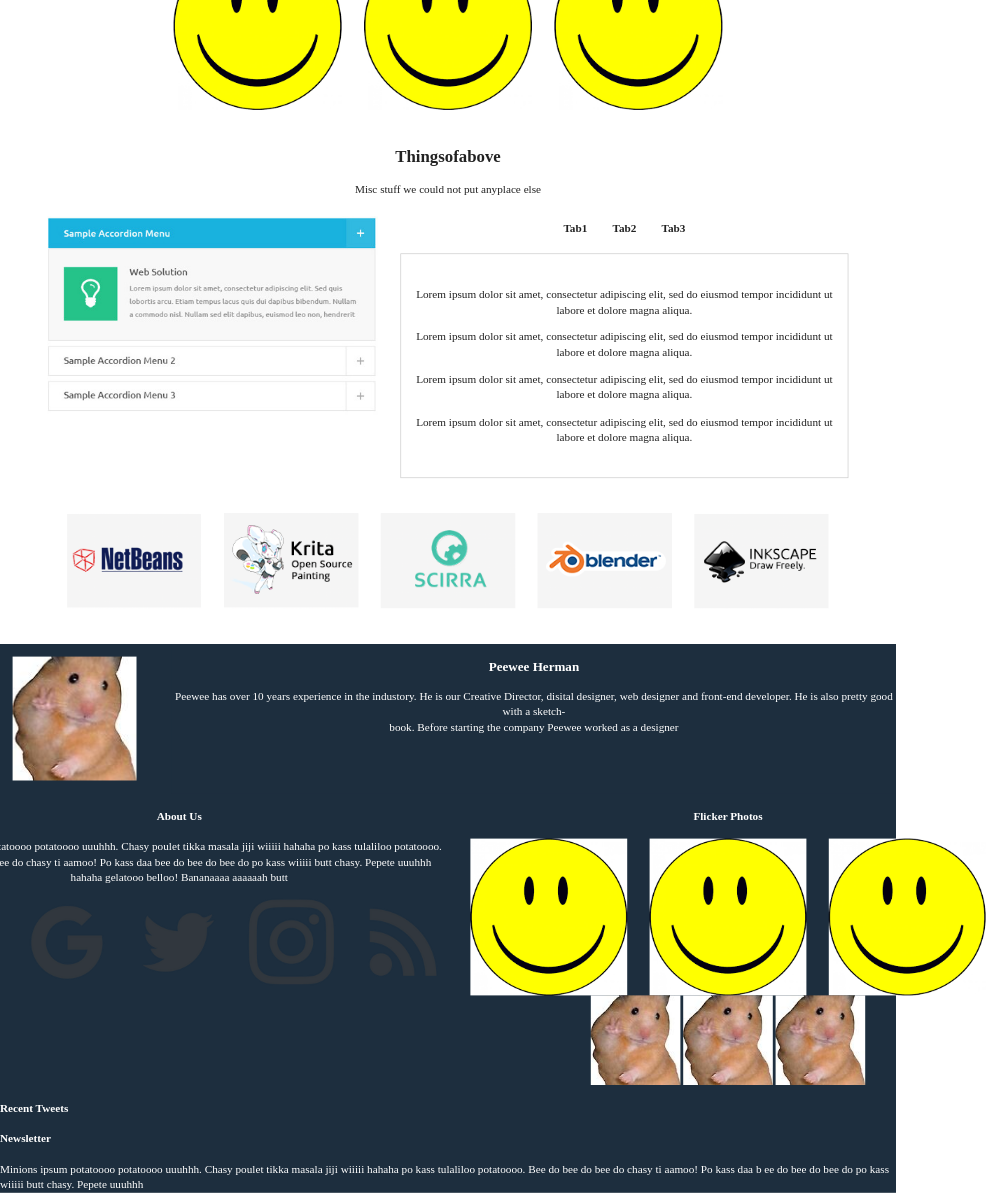
Repository: KanaKimishima/project1-responsive
Page: index.html
An editor plug-in stored every save of this project. The page is shown before and after a run of saves, followed by the edit.
The browser window is 1280 px wide. The page is 1408 px wide, then 1280 px, so the pictures cover 1408 px, including what lies to the right of the window. The pictures show the part of the page from y = 2050 to 3770 px (the page is 3770 px tall), at 70% of full size.

Above is the page before, as saved 2023-02-06 22:36:56.

### index.html
<!doctype html>
<html class="no-js" lang="">

<head>
  <meta charset="utf-8">
  <title></title>
  <meta name="description" content="">
  <meta name="viewport" content="width=device-width, initial-scale=1">

  <meta property="og:title" content="">
  <meta property="og:type" content="">
  <meta property="og:url" content="">
  <meta property="og:image" content="">

  <link rel="manifest" href="site.webmanifest">
  <link rel="apple-touch-icon" href="icon.png">
  <!-- Place favicon.ico in the root directory -->

  <link rel="stylesheet" href="css/normalize.css">
  <link rel="stylesheet" href="css/main.css">
</head>

<body class="page page-home">
    <header class="page__header">
        <img src="img/logo.png" alt="" class="logo">
        <a href="/">
            <div class="navTab homeTab">
                <img src="img/Home.png" class="navBarIcons">
                <h5>Home</h5>
            </div>
        </a>
        <a href="/">
            <div class="navTab pagesTab">
                <img src="img/pages.png" class="navBarIcons">
                <h5> Pages</h5>
            </div>
        </a>
        <a href="/">
            <div class="navTab blogTab">
                <img src="img/blog.png" class="navBarIcons">
                <h5>Blog</h5>
            </div>
        </a>
        <a href="/">
            <div class="navTab portfolioTab">
                <img src="img/profolio.png" class="navBarIcons">
                <h5>Portfolio</h5>
            </div>
        </a>
        <a href="/">
            <div class="navTab home2Tab">
                <img src="img/home2.png" class="navBarIcons">
                <h5>Home2</h5>
            </div>
        </a>
    </header> <!-- page__header ends here-->

    <div class="page_slide_column">
        <div class="row">
            <img class="minion" src="img/minion.jpg" alt>
        </div>
    </div> <!-- page_slide_column ends here-->


    <div class="page__intro">
        <div class="row">
            <h1 class="heading">Hey guys! This is the <span class="text-color">Metrolics</span> theme. <br>It sports a responsive layout with a mobile layout.</h1>
        </div>
    </div> <!-- page__intro ends here-->

    <section class="about">
        <div class="row">
            <div class="column">
                <h2 class="heading">Things That We Do</h2>
                <p class="text">ask us what we can do for you.</p>
            </div>
        </div>
        <div class="row">
            <div class="column">
                <img src="img/solutions.png" class="things">
                <h3 class="heading">Web Solutions</h3>
                <p class="text">We are a fairly small, flexible design studio that designs for print and web. We work flexibly with clients to fulfil their design needs. Whether you need to create a brand from scratch, including marketing materials and a beautiful and functional website or whether you are looking for a design refresh we are confident you will be pleased with the results.</p>
            </div>
            <div class="column">
                <img src="img/photo.png"  class="things">
                <h3 class="heading">Photography</h3>
                <p class="text">We are a fairly small, flexible design studio that designs for print and web. We work flexibly with clients to fulfil their design needs. Whether you need to create a brand from scratch, including marketing materials and a beautiful and functional website or whether you are looking for a design refresh we are confident you will be pleased with the results.</p>
            </div>
            <div class="column">
                <img src="img/web development.png" class="things">
                <h3 class="heading">Web Development</h3>
                <p class="text">We are a fairly small, flexible design studio that designs for print and web. We work flexibly with clients to fulfil their design needs. Whether you need to create a brand from scratch, including marketing materials and a beautiful and functional website or whether you are looking for a design refresh we are confident you will be pleased with the results.</p>
            </div>
            <div class="column">
                <img src="img/design.png" class="things">
                <h3 class="heading">Web Design</h3>
                <p class="text">We are a fairly small, flexible design studio that designs for print and web. We work flexibly with clients to fulfil their design needs. Whether you need to create a brand from scratch, including marketing materials and a beautiful and functional website or whether you are looking for a design refresh we are confident you will be pleased with the results.</p>
            </div>
        </div>
    </section> <!-- about ends here-->


    <section class="projects--new">
        <div class="row">
            <div class="secondHeader">
                <h2 class="heading">What's up Lately?</h2>
                <p class="text">Read up on our latest work</p>
            </div>
        </div>
        <div class="row">
            <div class="column">
                <img src="img/Happy.png" class="happy" alt="">

            </div>
            <div class="column">
                <img src="img/Happy.png" class="happy" alt="">
            </div>
            <div class="column">
                <img src="img/Happy.png" class="happy" alt="">
            </div>
        </div>
    </section> <!-- projects--new ends here-->

    <section class="projects">
        <div class="row">
            <div class="heading">
                <h2 class="heading">Our Latest Projects</h2>
                <p class="text">Client happy? We are happy.</p>
            </div>
        </div>
        <div class="row happyimages">
            <div class="column">
                <img src="img/Happy.png" class="happy" alt="">
            </div>
            <div class="column">
                <img src="img/Happy.png" class="happy" alt="">
            </div>
            <div class="column">
                <img src="img/Happy.png" class="happy" alt="">
            </div>
        </div>
        <div class="row happyimages">
            <div class="column">
                <img src="img/Happy.png" class="happy" alt="">
            </div>
            <div class="column">
                <img src="img/Happy.png" class="happy" alt="">
            </div>
            <div class="column">
                <img src="img/Happy.png" class="happy" alt="">
            </div>
        </div>
    </section> <!-- projects ends here-->

    <section class="thingsofabove">
        <div class="row">
            <div class="heading">
                <h2 class="heading">Thingsofabove</h2>
                <p class="text">Misc stuff we could not put anyplace else</p>
            </div>
        </div>
        <div class="row">
            <div class="column">
                <div class="sampleaccordion">
                    <img src="img/accordion.png" alt="">
                </div>
            </div>
            <div class="column">
                <div class="tabset">
                    <!-- Tab 1 -->
                    <input type="radio" name="tabset" id="tab1" aria-controls="marzen" checked>
                    <label for="tab1">Tab1</label>
                    <!-- Tab 2 -->
                    <input type="radio" name="tabset" id="tab2" aria-controls="rauchbier">
                    <label for="tab2">Tab2</label>
                    <!-- Tab 3 -->
                    <input type="radio" name="tabset" id="tab3" aria-controls="dunkles">
                    <label for="tab3">Tab3</label>

                    <div class="tab-panels">
                        <section id="marzen" class="tab-panel">
                            <p>Lorem ipsum dolor sit amet, consectetur adipiscing elit, sed do eiusmod tempor incididunt ut labore et dolore magna aliqua.</p>
                            <p>Lorem ipsum dolor sit amet, consectetur adipiscing elit, sed do eiusmod tempor incididunt ut labore et dolore magna aliqua.</p>
                            <p>Lorem ipsum dolor sit amet, consectetur adipiscing elit, sed do eiusmod tempor incididunt ut labore et dolore magna aliqua.</p>
                            <p>Lorem ipsum dolor sit amet, consectetur adipiscing elit, sed do eiusmod tempor incididunt ut labore et dolore magna aliqua.</p>
                        </section>
                        <section id="rauchbier" class="tab-panel">
                            <p>tab2 Lorem ipsum dolor sit amet, consectetur adipiscing elit, sed do eiusmod tempor incididunt ut labore et dolore magna aliqua.</p>
                        </section>
                        <section id="dunkles" class="tab-panel">
                            <p>tab3 tab3 tab3 tab3 Lorem ipsum dolor sit amet, consectetur adipiscing elit, sed do eiusmod tempor incididunt ut labore et dolore magna aliqua.</p>
                        </section>
                    </div>
                </div>
            </div>
        </div>
    </section> <!-- thingsofabove ends here-->

    <section class="sponsors">
        <div class="row">
            <img class="sponser" src="img/NetBeans.png" alt="placeholder">
            <img class="sponser" src="img/KRITA.png" alt="placeholder">
            <img class="sponser" src="img/SCIRRA.png" alt="placeholder">
            <img class="sponser" src="img/blender.png" alt="placeholder">
            <img class="sponser" src="img/ink.png" alt="placeholder">
        </div>
    </section> <!-- sponsers ends here-->

    <footer class="page__footer">
        <div class="page__footer__intro row">
                <img src="img/meme.jpg" alt="hamstermeme">
                <div class="page__footer heading">
                    <h3>Peewee Herman</h3>
                    <p>Peewee has over 10 years experience in the industory. He is our Creative Director, disital designer, web designer and front-end developer. He is also pretty good with a sketch-<br>book. Before starting the company Peewee worked as a designer</p>
                </div>
        </div>
        <div class="row">
            <div class="column">
                <h4>About Us</h4>
                <div class="sns_icons">
                    <p>Minions ipsum potatoooo potatoooo uuuhhh. Chasy poulet tikka masala jiji wiiiii hahaha po kass tulaliloo potatoooo. Bee do bee do bee do chasy ti aamoo! Po kass daa bee do bee do bee do po kass wiiiii butt chasy. Pepete uuuhhh hahaha gelatooo belloo! Bananaaaa aaaaaah butt</p>
                    <ul class="sns-icons row">
                        <li><img class="facebook" src="img/facebook.png" alt=""></li>
                        <li><img class="google" src="img/google.png" alt=""></li>
                        <li><img class="twitter" src="img/twitter.png" alt=""></li>
                        <li><img class="instagram" src="img/instagram.png" alt=""></li>
                        <li><img class="rss" src="img/rss.png" alt=""></li>
                    </ul>
                </div>
            </div>

            <div class="flicker">
                <div class="column"></div>
                <h4>Flicker Photos</h4>
                <div class="flicker-imgs row">
                    <img src="img/Happy.png" alt="">
                    <img src="img/Happy.png" alt="">
                    <img src="img/Happy.png" alt="">
                </div>
                <div class="flicker-imgs2 row"></div>
                    <img src="img/meme.jpg" alt="">
                    <img src="img/meme.jpg" alt="">
                    <img src="img/meme.jpg" alt="">
                </div>
            </div>
            <div class="column">
                <h4>Recent Tweets</h4>
            </div>
            <div class="column">
                <h4>Newsletter</h4>
                <p>Minions ipsum potatoooo potatoooo uuuhhh. Chasy poulet tikka masala jiji wiiiii hahaha po kass tulaliloo potatoooo. Bee do bee do bee do chasy ti aamoo! Po kass daa b ee do bee do bee do po kass wiiiii butt chasy. Pepete uuuhhh </p>
                <div class="">

            </div>
        </div>
    </footer> <!-- page--footer ends here-->

  <script src="js/vendor/modernizr-3.11.2.min.js"></script>
  <script src="js/plugins.js"></script>
  <script src="js/main.js"></script>

  <!-- Google Analytics: change UA-XXXXX-Y to be your site's ID. -->
  <script>
    window.ga = function () { ga.q.push(arguments) }; ga.q = []; ga.l = +new Date;
    ga('create', 'UA-XXXXX-Y', 'auto'); ga('set', 'anonymizeIp', true); ga('set', 'transport', 'beacon'); ga('send', 'pageview')
  </script>
  <script src="https://www.google-analytics.com/analytics.js" async></script>
</body>

</html>

### css/main.css
/** Hedieh Starts CSS**/
/*Nav Bar*/
:root {
  --green: #25c389;
  --yellow: #ffb901;
  --red: #de6262;
  --lightBlue: #1691bd;
  --darkBlue: #166ba2;
  --padding-d: 0 20vw;
  --gap-d: 2em;
}

img {
  object-fit: cover;
}

.row {
  display: flex;
  gap: var(--gap-d);
  text-align: center;
  justify-content: center;
}

.page__header {
  display: flex;
  justify-content: center;
}

.logo {
  object-fit: contain;
}

.navTab>h5 {
  color: white;
  position: absolute;
  padding: 1em;
  margin: 0;
}

.navBarIcons {
  display: flex;
  justify-content: center;
  align-items: center;
  width: 3em;
  height: 3em;
}

.navBarIcons img {
  width: 10em;
  height: 20em;
  object-fit: cover;
}

.navTab {
  height: 5em;
  width: 8em;

}

.homeTab {
  background-color: var(--green);
}

.pagesTab {
  background-color: var(--yellow);
}

.blogTab {
  background-color: var(--red);
}

.portfolioTab {
  background-color: var(--lightBlue);
}

.home2Tab {
  background-color: var(--darkBlue);
}

.things{
  height: 6em;
  width: 6em;
  object-fit: cover;
}

.text-color {
  color: #1691bd;
}

.second-col img{
  width: 33.3vw;
  height: 100%;
}



.happy {
  margin-top: 20px;
  height: 15em;
  object-fit: cover;
}

/** Hedieh Ends CSS**/

.thingsofabove {
  justify-content: center;
  margin-top: 30px;
}

.sampleaccordion {
  margin-top: 10px;
}


.tabset > input[type="radio"] {
  position: absolute;
  left: -200vw;
}

.tabset .tab-panel {
  display: none;
}

.tabset > input:first-child:checked ~ .tab-panels > .tab-panel:first-child,
.tabset > input:nth-child(3):checked ~ .tab-panels > .tab-panel:nth-child(2),
.tabset > input:nth-child(5):checked ~ .tab-panels > .tab-panel:nth-child(3),
.tabset > input:nth-child(7):checked ~ .tab-panels > .tab-panel:nth-child(4),
.tabset > input:nth-child(9):checked ~ .tab-panels > .tab-panel:nth-child(5),
.tabset > input:nth-child(11):checked ~ .tab-panels > .tab-panel:nth-child(6) {
  display: block;
}

.tabset > label {
  position: relative;
  display: inline-block;
  padding: 15px 15px 25px;
  border: 1px solid transparent;
  border-bottom: 0;
  cursor: pointer;
  font-weight: 600;
}

.tab-panel {
  padding: 30px 0;
  border: 1px solid #ccc;
}

.tabset {
  max-width: 40em;
}
/** Tab section ends **/
.sponsors {
  margin: 50px 0;
  width: 100%;
}

.sponser{
  object-fit: cover;
  width: 15%;
}
/** sponser section ends **/

.page__footer {
  background-color: #1d2e3e;
  color: #fff;
}

.page__footer__intro {
  display: flex;
}

.page__footer__intro img {
  width: 15%;
  margin: 18px;
}

.flicker-imgs {
  width: 100%;
}
/** footer section ends **/

.sns-icons {
  padding-left:0;
}

.sns-icons li {
  list-style:none;
}




/** about section ends **/


/*! HTML5 Boilerplate v8.0.0 | MIT License | https://html5boilerplate.com/ */

/* main.css 2.1.0 | MIT License | https://github.com/h5bp/main.css#readme */
/*
 * What follows is the result of much research on cross-browser styling.
 * Credit left inline and big thanks to Nicolas Gallagher, Jonathan Neal,
 * Kroc Camen, and the H5BP dev community and team.
 */

/* ==========================================================================
   Base styles: opinionated defaults
   ========================================================================== */

html {
  color: #222;
  font-size: 1em;
  line-height: 1.4;
}

/*
 * Remove text-shadow in selection highlight:
 * https://twitter.com/miketaylr/status/12228805301
 *
 * Vendor-prefixed and regular ::selection selectors cannot be combined:
 * https://stackoverflow.com/a/16982510/7133471
 *
 * Customize the background color to match your design.
 */

::-moz-selection {
  background: #b3d4fc;
  text-shadow: none;
}

::selection {
  background: #b3d4fc;
  text-shadow: none;
}

/*
 * A better looking default horizontal rule
 */

hr {
  display: block;
  height: 1px;
  border: 0;
  border-top: 1px solid #ccc;
  margin: 1em 0;
  padding: 0;
}

/*
 * Remove the gap between audio, canvas, iframes,
 * images, videos and the bottom of their containers:
 * https://github.com/h5bp/html5-boilerplate/issues/440
 */

audio,
canvas,
iframe,
img,
svg,
video {
  vertical-align: middle;
}

/*
 * Remove default fieldset styles.
 */

fieldset {
  border: 0;
  margin: 0;
  padding: 0;
}

/*
 * Allow only vertical resizing of textareas.
 */

textarea {
  resize: vertical;
}

/* ==========================================================================
   Author's custom styles
   ========================================================================== */

/* ==========================================================================
   Helper classes
   ========================================================================== */

/*
 * Hide visually and from screen readers
 */

.hidden,
[hidden] {
  display: none !important;
}

/*
 * Hide only visually, but have it available for screen readers:
 * https://snook.ca/archives/html_and_css/hiding-content-for-accessibility
 *
 * 1. For long content, line feeds are not interpreted as spaces and small width
 *    causes content to wrap 1 word per line:
 *    https://medium.com/@jessebeach/beware-smushed-off-screen-accessible-text-5952a4c2cbfe
 */

.sr-only {
  border: 0;
  clip: rect(0, 0, 0, 0);
  height: 1px;
  margin: -1px;
  overflow: hidden;
  padding: 0;
  position: absolute;
  white-space: nowrap;
  width: 1px;
  /* 1 */
}

/*
 * Extends the .sr-only class to allow the element
 * to be focusable when navigated to via the keyboard:
 * https://www.drupal.org/node/897638
 */

.sr-only.focusable:active,
.sr-only.focusable:focus {
  clip: auto;
  height: auto;
  margin: 0;
  overflow: visible;
  position: static;
  white-space: inherit;
  width: auto;
}

/*
 * Hide visually and from screen readers, but maintain layout
 */

.invisible {
  visibility: hidden;
}

/*
 * Clearfix: contain floats
 *
 * For modern browsers
 * 1. The space content is one way to avoid an Opera bug when the
 *    `contenteditable` attribute is included anywhere else in the document.
 *    Otherwise it causes space to appear at the top and bottom of elements
 *    that receive the `clearfix` class.
 * 2. The use of `table` rather than `block` is only necessary if using
 *    `:before` to contain the top-margins of child elements.
 */

.clearfix::before,
.clearfix::after {
  content: " ";
  display: table;
}

.clearfix::after {
  clear: both;
}

/* ==========================================================================
   EXAMPLE Media Queries for Responsive Design.
   These examples override the primary ('mobile first') styles.
   Modify as content requires.
   ========================================================================== */

@media only screen and (min-width: 35em) {
  /* Style adjustments for viewports that meet the condition */
}

@media print,
  (-webkit-min-device-pixel-ratio: 1.25),
  (min-resolution: 1.25dppx),
  (min-resolution: 120dpi) {
  /* Style adjustments for high resolution devices */
}

/* ==========================================================================
   Print styles.
   Inlined to avoid the additional HTTP request:
   https://www.phpied.com/delay-loading-your-print-css/
   ========================================================================== */

@media print {
  *,
  *::before,
  *::after {
    background: #fff !important;
    color: #000 !important;
    /* Black prints faster */
    box-shadow: none !important;
    text-shadow: none !important;
  }

  a,
  a:visited {
    text-decoration: underline;
  }

  a[href]::after {
    content: " (" attr(href) ")";
  }

  abbr[title]::after {
    content: " (" attr(title) ")";
  }

  /*
   * Don't show links that are fragment identifiers,
   * or use the `javascript:` pseudo protocol
   */
  a[href^="#"]::after,
  a[href^="javascript:"]::after {
    content: "";
  }

  pre {
    white-space: pre-wrap !important;
  }

  pre,
  blockquote {
    border: 1px solid #999;
    page-break-inside: avoid;
  }

  /*
   * Printing Tables:
   * https://web.archive.org/web/20180815150934/http://css-discuss.incutio.com/wiki/Printing_Tables
   */
  thead {
    display: table-header-group;
  }

  tr,
  img {
    page-break-inside: avoid;
  }

  p,
  h2,
  h3 {
    orphans: 3;
    widows: 3;
  }

  h2,
  h3 {
    page-break-after: avoid;
  }
}



/*trying to make it responsive* delete later?/
/** small/mobile version */
@media screen and (max-width:29.9375em) {
  .navTab,
  .flickr,
  .newsletter,
  .companies,
  .misc-section,
  .accordion-section,
  .about-socials>h3,
  .about-socials>p {
      display: none;
  }

  h4 {
      margin-bottom: 0;
  }

  nav {
      display: flex;
      justify-content: space-between;
      align-items: center;
  }

  .serviceCard {
      flex-direction: column;
  }

  .recent-news-posts {
      flex-direction: column;
  }

  .recent-news-posts::after {
      width: 50%;
      top: 56.3em;
  }

  .logo {
      width: 100%;
  }

  .logoColumn {
      align-content: center;
      margin-top: 0;
  }

  .row {
      max-width: 70em;
      column-gap: .5rem;
      row-gap: 1.5rem;
      margin: 0 auto;
  }

  .social-icons {
      display: flex;
      gap: 0.5em;
      margin-top: 0.2em;
  }

  .footer-content {
      display: flex;
      flex-direction: column;
  }
}

/** medium only */
@media screen and (min-width:30em) and (max-width:63.9375em) {

  .navTab {
      height: 5em;
      width: 5em;
  }

  .logo {
      width: 100%;
  }

  .serviceCard {
      display: grid;
  }

  .recent-news-posts {
      display: grid;
  }

  .recent-news-posts::after {
      width: 50%;
      top: 29.35em;
  }

  .accordion-section {
      flex-direction: column;
      gap: 1em;
  }


  .footer-content {
      display: grid;
  }
}

/** large only */
@media screen and (min-width:64em) {

}

### js/plugins.js
// Avoid `console` errors in browsers that lack a console.
(function() {
  var method;
  var noop = function () {};
  var methods = [
    'assert', 'clear', 'count', 'debug', 'dir', 'dirxml', 'error',
    'exception', 'group', 'groupCollapsed', 'groupEnd', 'info', 'log',
    'markTimeline', 'profile', 'profileEnd', 'table', 'time', 'timeEnd',
    'timeline', 'timelineEnd', 'timeStamp', 'trace', 'warn'
  ];
  var length = methods.length;
  var console = (window.console = window.console || {});

  while (length--) {
    method = methods[length];

    // Only stub undefined methods.
    if (!console[method]) {
      console[method] = noop;
    }
  }
}());

// Place any jQuery/helper plugins in here.

Loaded but not shown: css/normalize.css (library); js/vendor/modernizr-3.11.2.min.js (library); js/main.js (no stored copy; drawn as an empty file)

After the next 3 saves:
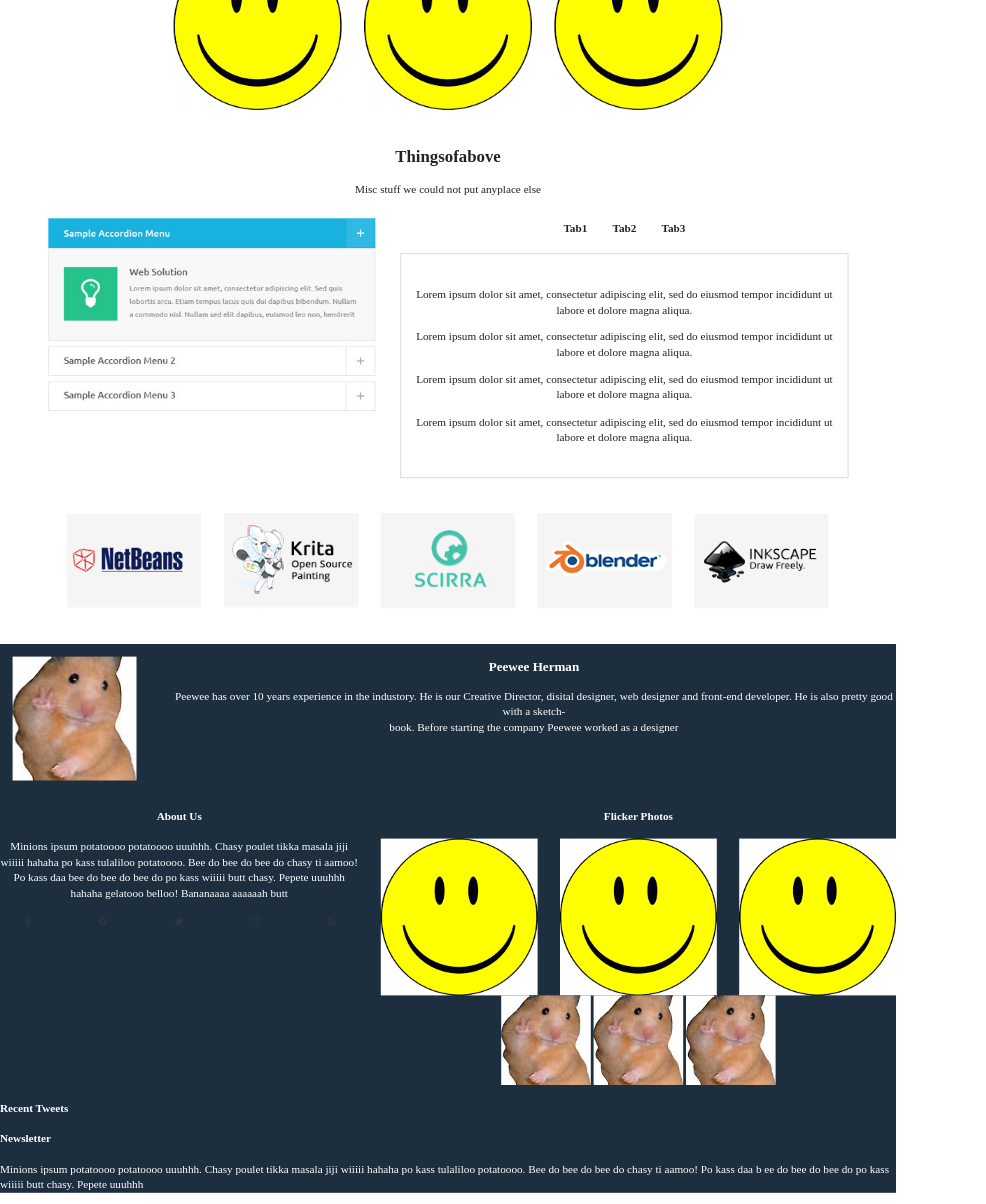
The 3 saves are shown as one change because they came seconds apart.
The last was saved 16 s later.
--- a/css/main.css
+++ b/css/main.css
@@ -181,6 +181,10 @@
 
 .sns-icons {
   padding-left:0;
+}
+
+.sns-icons img {
+  width: 20%;
 }
 
 .sns-icons li {
